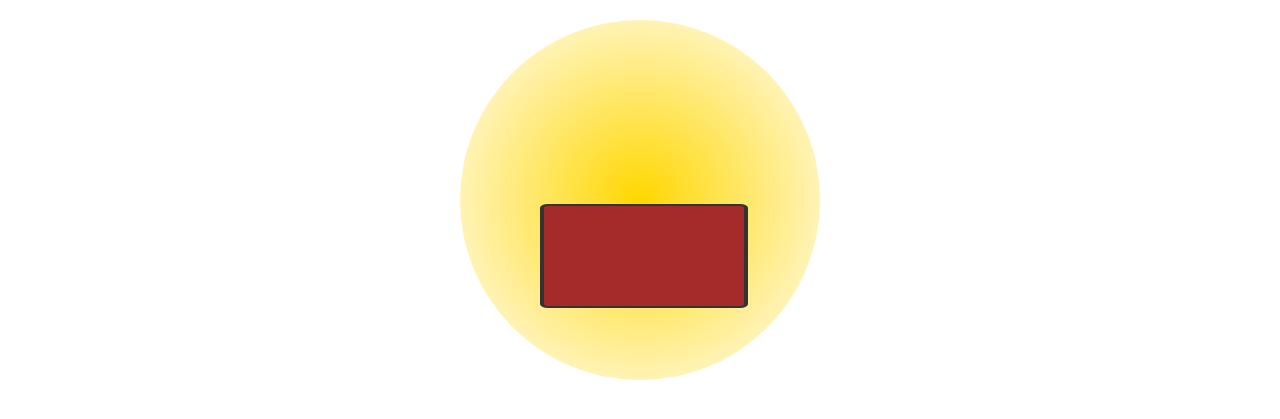
Repository: Lukatoshi/League-of-legends
Page: Ornn/index.html
An editor plug-in stored every save of this project. The page is shown before and after the next save, followed by the edit.
The browser window is 1280 px wide. The pictures show the whole page.

Above is the page before, as saved 2025-05-11 19:08:07.

After the next save:
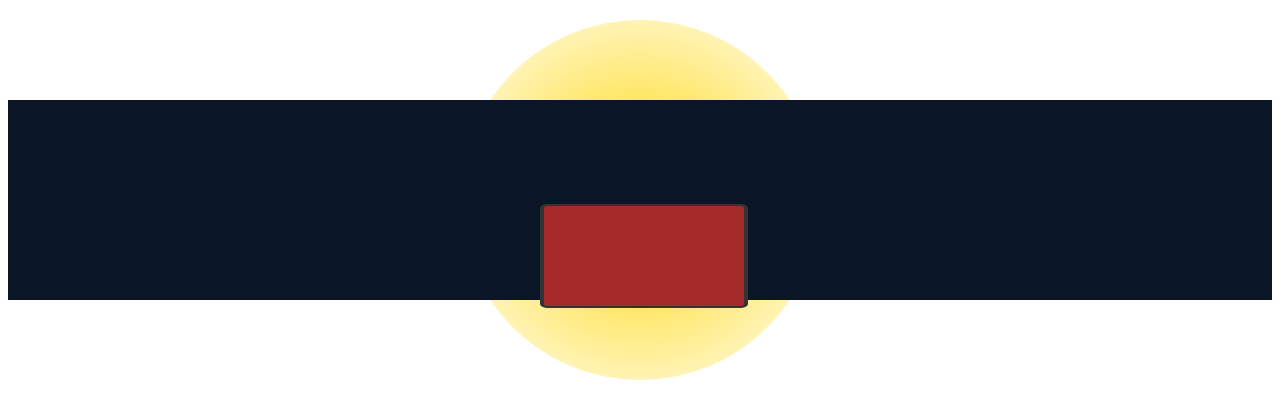
Saved 30 s later.
--- a/Ornn/src/css/bau-animation.css
+++ b/Ornn/src/css/bau-animation.css
@@ -1,5 +1,5 @@
 .fundo-bau{
-    background-color: ;
+    background-color: #0A1625 ;
 }
 .bau-container{
     position: relative;
